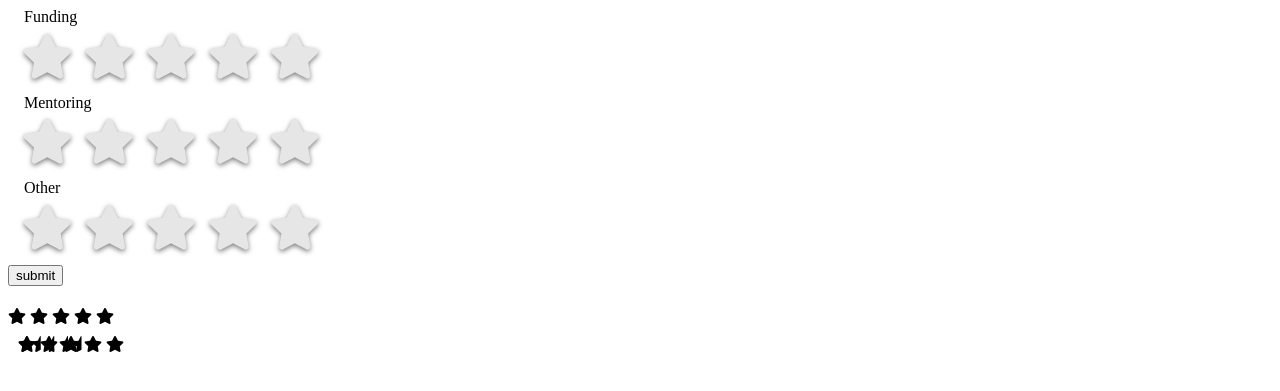
Repository: samalty/star-rating-system-js-test
Page: star3.html
The author's editor kept a record of every edit. The page is drawn from the files as they stood at one moment, then again after the next edit.
The browser window is 1280 px wide. The pictures show the whole page.
Some web libraries are served in a nearby version.

Above is the page before.

After the next edit:
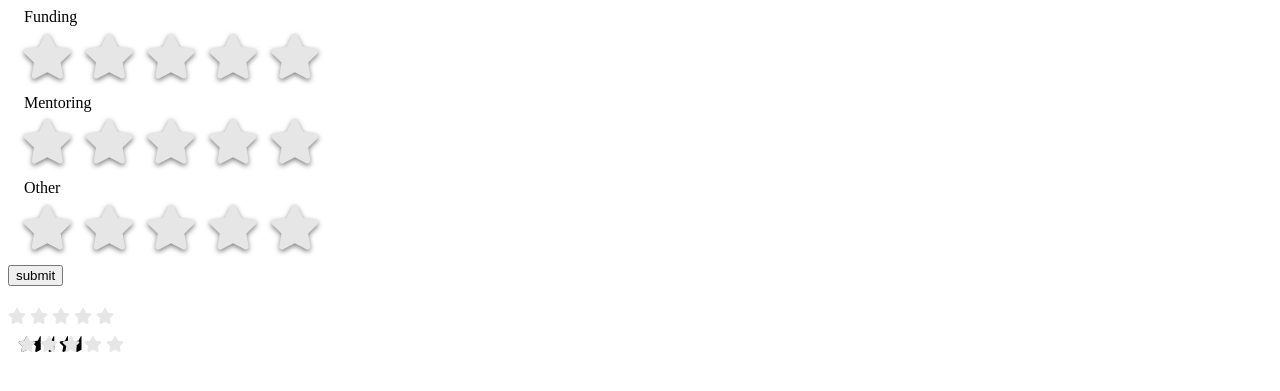
The edit:
--- a/styles2.css
+++ b/styles2.css
@@ -38,6 +38,10 @@
     height: 100px;
 }
 
+.fa-star{
+    color: #e6e6e6;
+}
+
 #overallStar1,
 #overallStar2,
 #overallStar3,

After the 3 edits that followed:
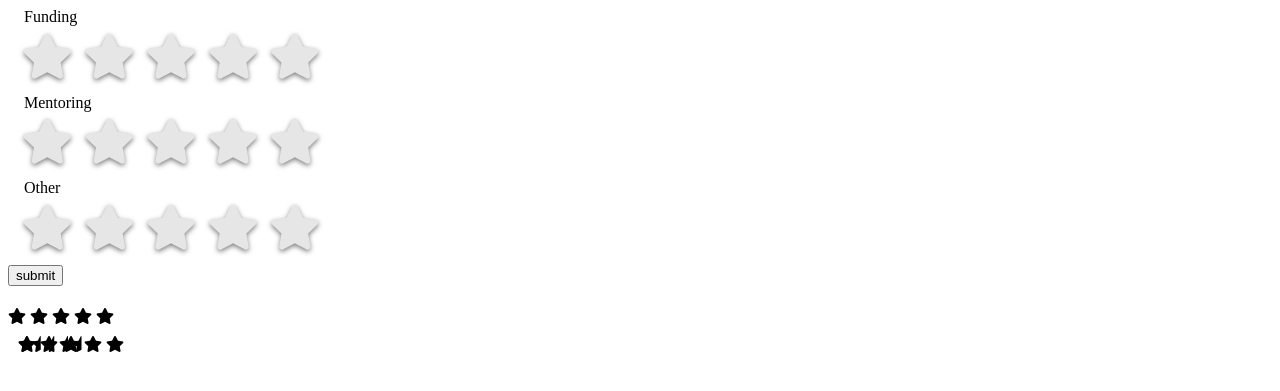
The 3 edits are shown as one change because 2 left the picture as it was.
The edit:
--- a/styles2.css
+++ b/styles2.css
@@ -38,17 +38,12 @@
     height: 100px;
 }
 
-.fa-star{
-    color: #e6e6e6;
-}
-
 #overallStar1,
 #overallStar2,
 #overallStar3,
 #overallStar4,
 #overallStar5{
     font-size: 60px;
-    color: #e6e6e6;
     text-shadow: 0 2px 5px rgba(0,0,0,.5);
 }
 #overallHalf{
@@ -57,7 +52,5 @@
     text-shadow: 0 2px 5px rgba(0,0,0,.5);
 }
 .light{
-    font-size: 60px;
     color: #ffd11a;
-    text-shadow: 0 2px 5px rgba(0,0,0,.5);
 }
